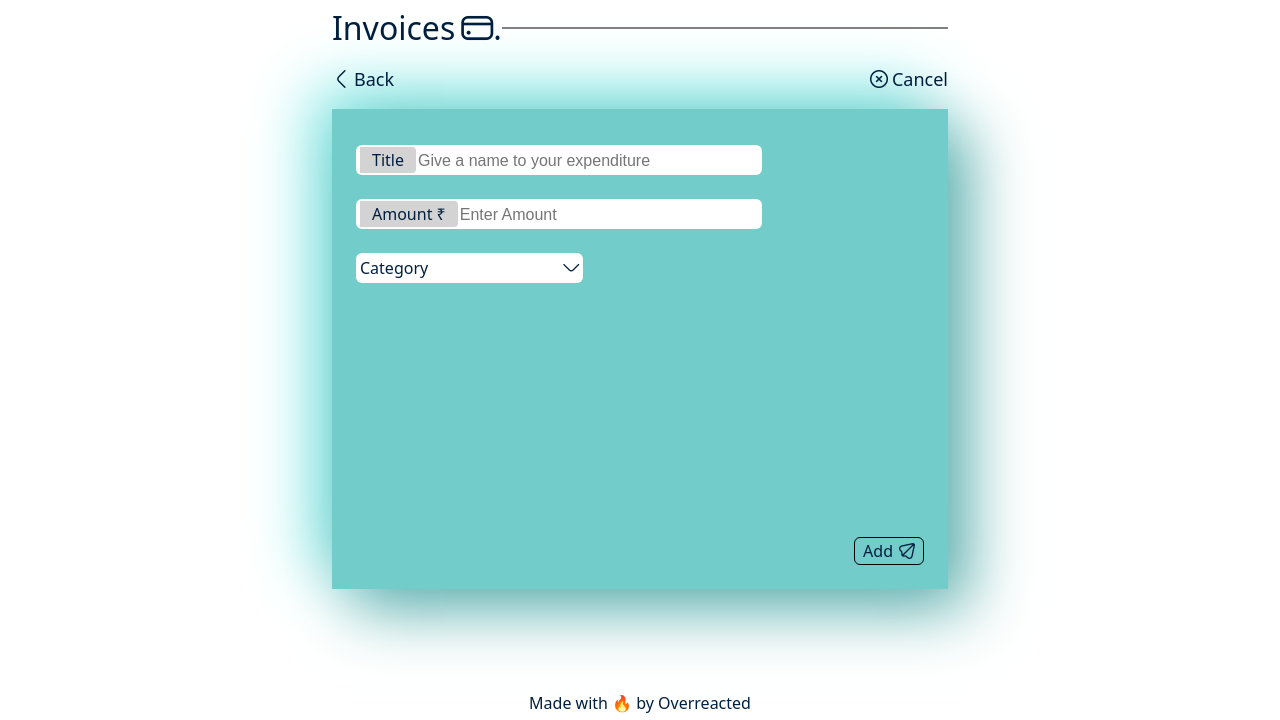
Repository: om1ars/task3
Page: /add-expense
An editor plug-in stored every save of this project. The page is shown before and after the next save, followed by the edit.
The browser window is 1280 px wide. The pictures show the whole page.
Some web libraries are served in a nearby version. The project was rebuilt for these pictures with package versions that can differ from the ones it lists, and the page was loaded fresh each time. Also part of the build but not shown: src/components/add-form/success-modal.css, src/components/expense-list/card.css, src/components/expense-list/card.js, src/components/expense-list/expense-list.css, src/components/expense-list/index.js, src/pages/home/home.css, src/pages/home/index.js.

Above is the page before, as saved 2021-12-18 14:41:45.

After the next save:
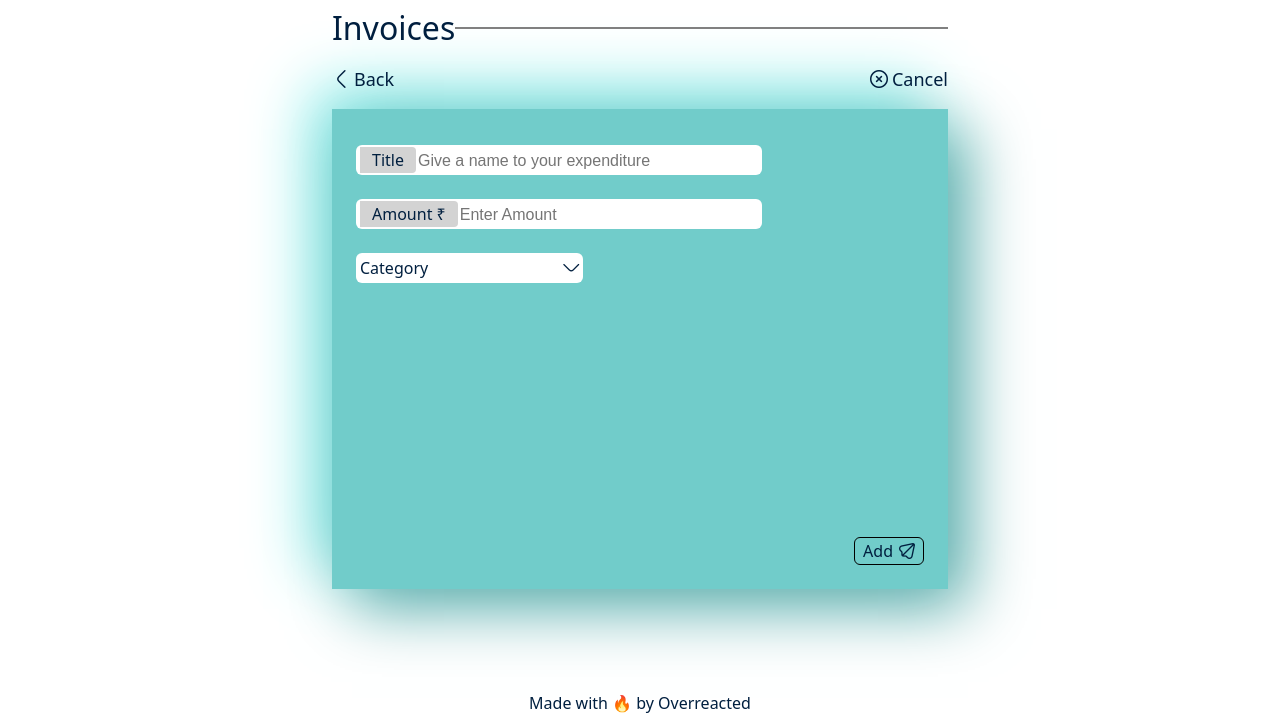
Saved 10 s later.
--- a/src/components/header/index.js
+++ b/src/components/header/index.js
@@ -6,7 +6,6 @@ const Header = () => {
       <div className="header" style={{ display: "flex", alignItems: "center" }}>
         <div className="header-logo">
           Invoices
-          <i class="fi-rr-credit-card" />.
         </div>
         <div
           style={{ height: "2px", width: "100%", backgroundColor: "gray" }}
